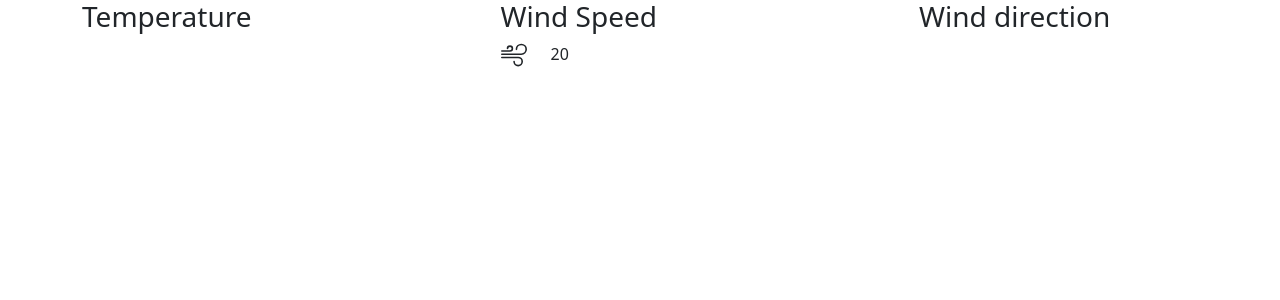
Repository: Saiyamjain-100/weather-app
Page: src/component/new.html
An editor plug-in stored every save of this project. The page is shown before and after the next save, followed by the edit.
The browser window is 1280 px wide. The pictures show the whole page.

Above is the page before, as saved 2022-05-18 14:27:50.

After the next save:
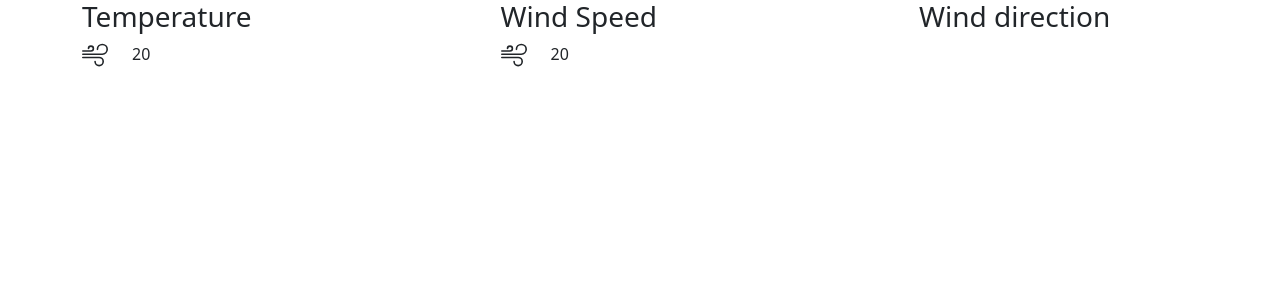
Saved 6 s later.
--- a/src/component/new.html
+++ b/src/component/new.html
@@ -15,7 +15,12 @@
         <div class="d-flex justify-content-between">
             <div class="col-md-3">
                 <h3>Temperature</h3>
-
+                <div class="d-flex justify-content-start">
+                    <svg xmlns="http://www.w3.org/2000/svg" width="26" height="26" fill="currentColor" class="bi bi-wind" viewBox="0 0 16 16">
+                        <path d="M12.5 2A2.5 2.5 0 0 0 10 4.5a.5.5 0 0 1-1 0A3.5 3.5 0 1 1 12.5 8H.5a.5.5 0 0 1 0-1h12a2.5 2.5 0 0 0 0-5zm-7 1a1 1 0 0 0-1 1 .5.5 0 0 1-1 0 2 2 0 1 1 2 2h-5a.5.5 0 0 1 0-1h5a1 1 0 0 0 0-2zM0 9.5A.5.5 0 0 1 .5 9h10.042a3 3 0 1 1-3 3 .5.5 0 0 1 1 0 2 2 0 1 0 2-2H.5a.5.5 0 0 1-.5-.5z"/>
+                      </svg>
+                    <p class="mx-4"style="text-size-adjust: 20px;">20</p>
+                </div>
             </div>
             <div class="col-md-3">
                 <h3>Wind Speed</h3>
